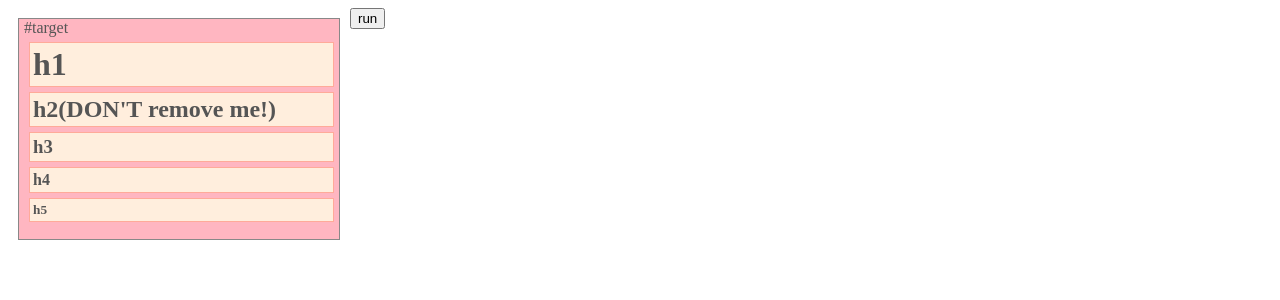
Repository: silenttemplar/java_start_project
Page: hansung_ee_2014/hansung_jquery_exercise/WebContent/18. Remove Child.html
The author's editor kept a copy of each file at every save. The page is drawn from the files as they stood at one save, then again after the next save.
The browser window is 1280 px wide. The pictures show the whole page.
After loading, the first visible `input` was clicked once.

Above is the page before, as saved 2014-08-28 00:23:28.

After the next save:
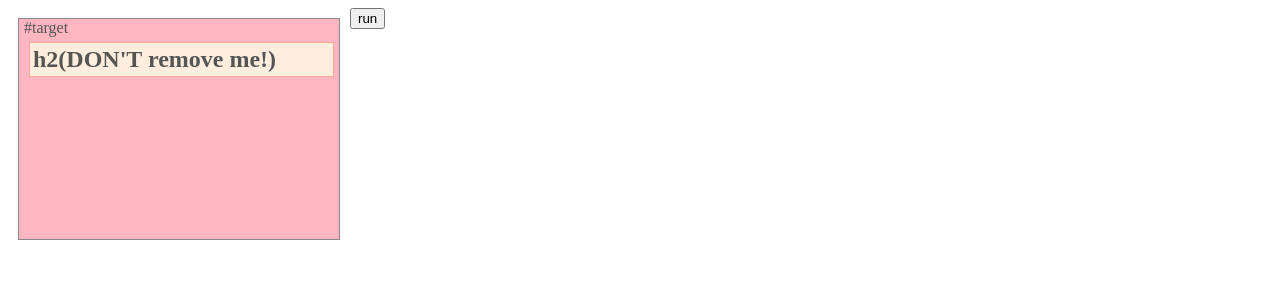
Saved 102 s later.
--- a/hansung_ee_2014/hansung_jquery_exercise/WebContent/18. Remove Child.html
+++ b/hansung_ee_2014/hansung_jquery_exercise/WebContent/18. Remove Child.html
@@ -9,7 +9,7 @@
 	 * 함수 : children(), not(), remove()
 	 */
 	function run() {
-
+		$("#target").children().not("h2").remove();
 
 	}
 </script>
